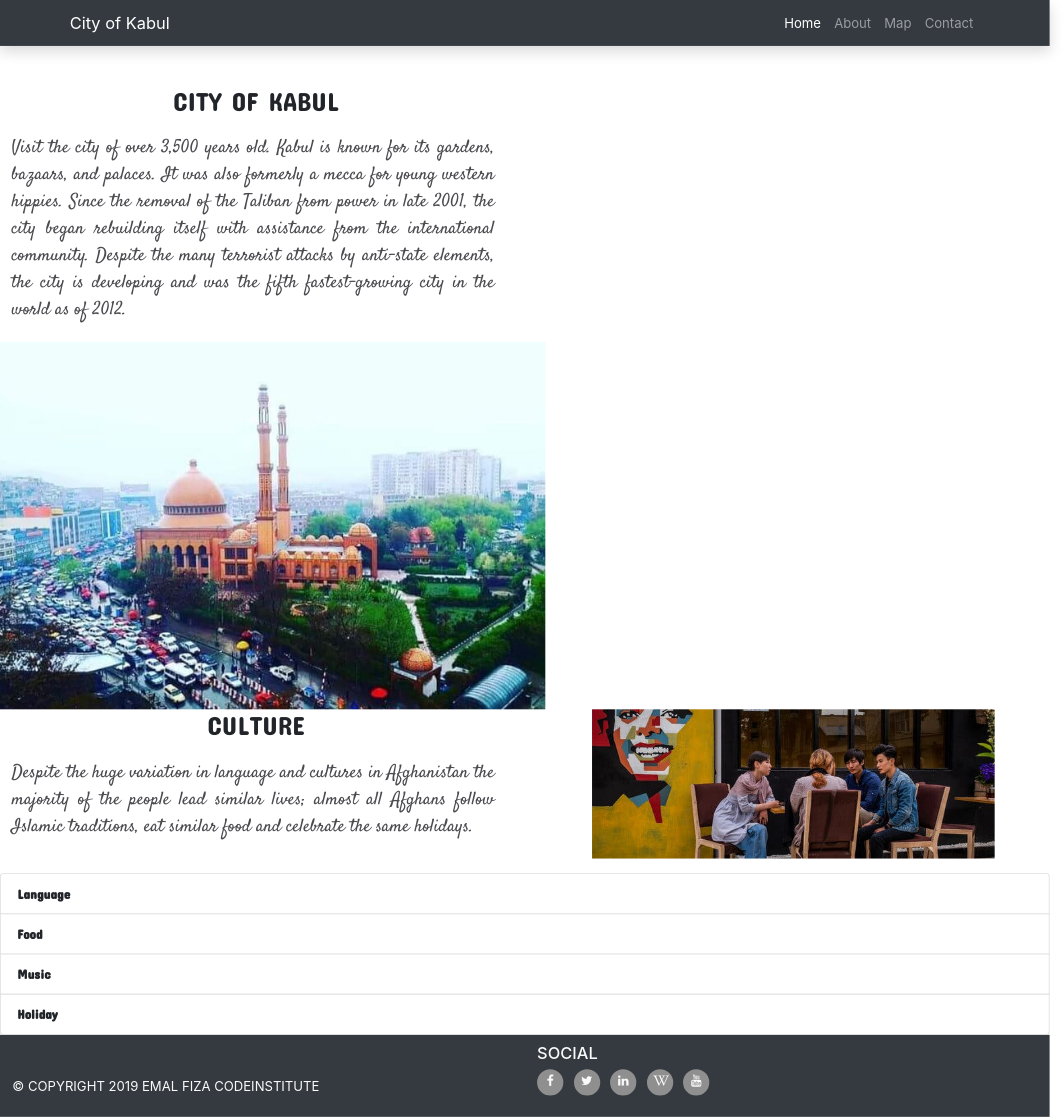
Repository: emalfiza/project-kabul
Page: about.html
The author's editor kept a record of every edit. The page is drawn from the files as they stood at one moment, then again after the next edit.
The browser window is 1280 px wide. The page is 1295 px wide, so the pictures cover 1295 px, including what lies to the right of the window. The pictures show the whole page, at 82% of full size.

Above is the page before.

After the next edit:
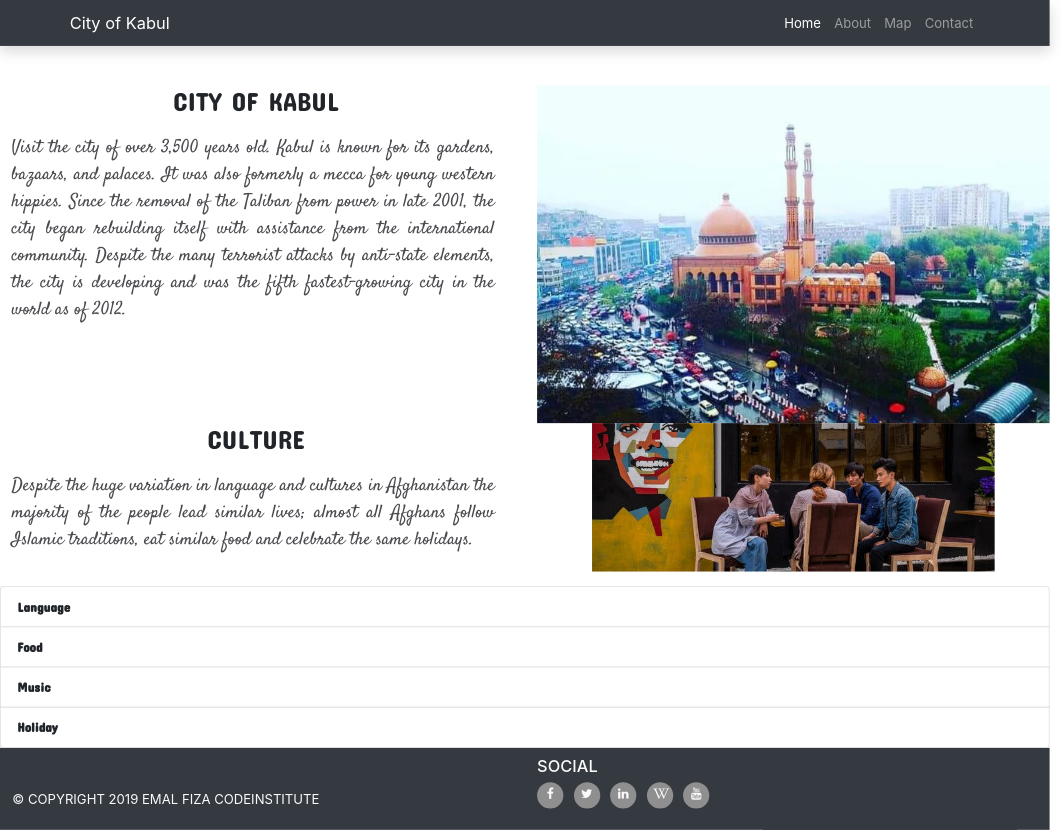
The edit:
--- a/about.html
+++ b/about.html
@@ -56,8 +56,8 @@
           from the international community. Despite the many terrorist attacks by anti-state elements, the city is developing and was the fifth fastest-growing city in the world as of 2012.
         </p>
       </div>
-      <div class="city-kb">
-        <img src="./assets/images/city-kabul.jpeg">
+      <div class="col-sm-6 city-kb">
+        <img src="./assets/images/city-kabul.jpeg" class="img-fluid">
       </div>
     </div>
   </section>
